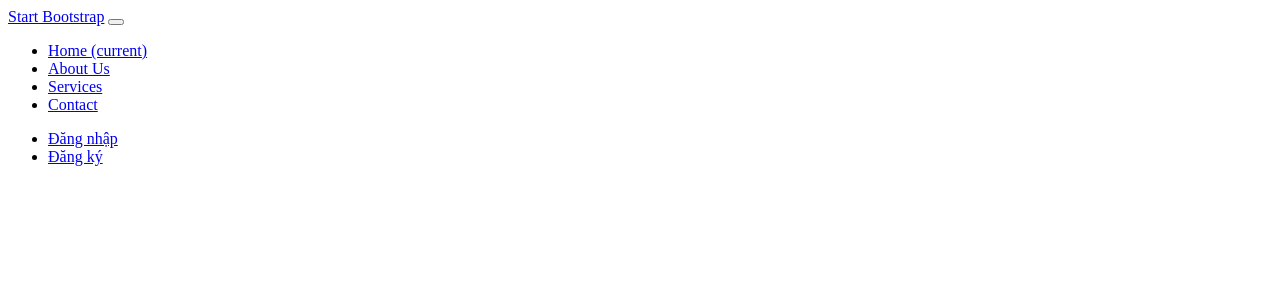
Repository: nhattieu/jsp-servlet-news-1
Page: http://localhost/training-jsp-servlet/common/web/header.jsp
These files come from the project's save history. The page is drawn as it stood at one moment and after the next save; the edit follows.
The browser window is 1280 px wide. The pictures show the whole page.
The page is served by Tomcat 9. Nobody is signed in. The application's start-up code is not run. Other server files are loaded and not shown.

Above is the page before, as saved 2020-12-06 08:31:59.

### training-jsp-servlet/src/main/webapp/common/web/header.jsp
<%@ page language="java" contentType="text/html; charset=UTF-8"
	pageEncoding="UTF-8"%>
<!-- Navigation -->
<nav class="navbar navbar-expand-lg navbar-dark bg-dark fixed-top">
	<div class="container">
		<a class="navbar-brand" href="#">Start Bootstrap</a>
		<button class="navbar-toggler" type="button" data-toggle="collapse"
			data-target="#navbarResponsive" aria-controls="navbarResponsive"
			aria-expanded="false" aria-label="Toggle navigation">
			<span class="navbar-toggler-icon"></span>
		</button>
		<div class="collapse navbar-collapse" id="navbarResponsive">
			<ul class="navbar-nav ml-auto">
				<li class="nav-item active"><a class="nav-link" href="#">Home
						<span class="sr-only">(current)</span>
				</a></li>
				<li class="nav-item"><a class="nav-link" href="#">About Us</a></li>
				<li class="nav-item"><a class="nav-link" href="#">Services</a>
				</li>
				<li class="nav-item"><a class="nav-link" href="#">Contact</a></li>
			</ul>
		</div>
		<div class="collapse navbar-collapse">
			<ul class="navbar-nav ml-auto">
				<c:if test="${not empty USERMODEL}">
				</c:if>
				<li class="nav-item"><a class="nav-link" href="<c:url value='/dang-nhap?action=login' />">Đăng nhập</a></li>
				<li class="nav-item"><a class="nav-link" href="<c:url value='/dang-ky?action=logout' />">Đăng ký</a></li>
			</ul>
		</div>
	</div>
</nav>

After the next save:
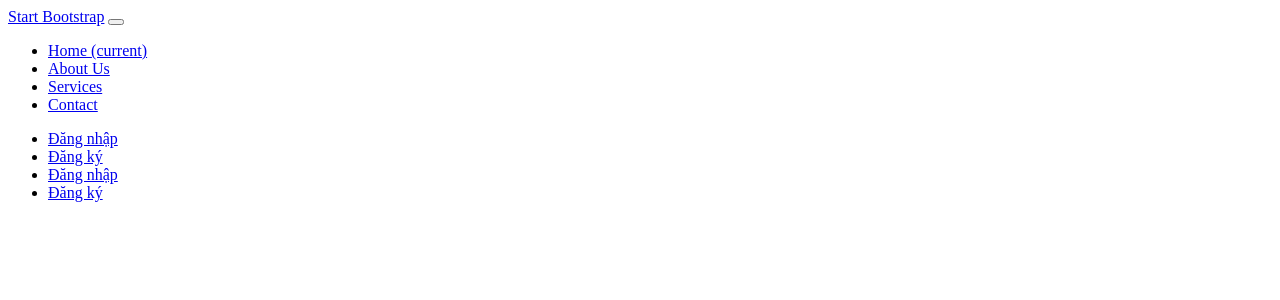
Saved 33 s later.
--- a/training-jsp-servlet/src/main/webapp/common/web/header.jsp
+++ b/training-jsp-servlet/src/main/webapp/common/web/header.jsp
@@ -23,9 +23,14 @@
 		<div class="collapse navbar-collapse">
 			<ul class="navbar-nav ml-auto">
 				<c:if test="${not empty USERMODEL}">
+									<li class="nav-item"><a class="nav-link" href="<c:url value='/dang-nhap?action=login' />">Đăng nhập</a></li>
+					<li class="nav-item"><a class="nav-link" href="<c:url value='/dang-ky?action=logout' />">Đăng ký</a></li>
 				</c:if>
-				<li class="nav-item"><a class="nav-link" href="<c:url value='/dang-nhap?action=login' />">Đăng nhập</a></li>
-				<li class="nav-item"><a class="nav-link" href="<c:url value='/dang-ky?action=logout' />">Đăng ký</a></li>
+				<c:if test="${empty USERMODEL}">
+
+					<li class="nav-item"><a class="nav-link" href="<c:url value='/dang-nhap?action=login' />">Đăng nhập</a></li>
+					<li class="nav-item"><a class="nav-link" href="<c:url value='/dang-ky?action=logout' />">Đăng ký</a></li>
+				</c:if>
 			</ul>
 		</div>
 	</div>
